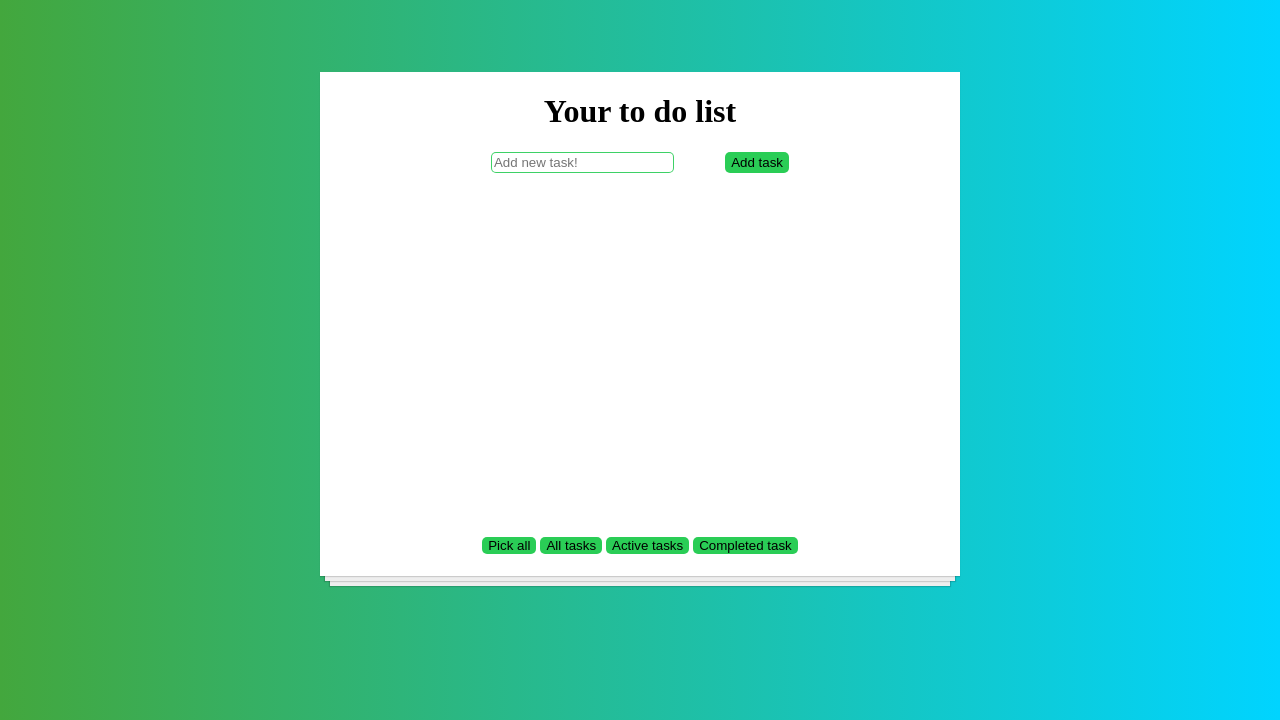
Repository: FetterDev/to-do-v2
Page: index.html
These files come from the project's save history. The page is drawn as it stood at one moment and after the next save; the edit follows.
The browser window is 1280 px wide. The pictures show the whole page.

Above is the page before, as saved 2020-07-20 15:19:50.

### index.html
<!DOCTYPE html>
<html lang="en">
<head>
    <meta charset="UTF-8">
    <meta name="viewport" content="width=device-width, initial-scale=1.0">
    <title>to do list</title>
    <link rel="stylesheet" href="style.css">
</head>
<body>
    <div>
        <div class=" wrapper paper">
               <h1> Your to do list</h1>
               <div class="add-task-panel">
                   <input type="text" class="text-holder" placeholder="Add new task!">
                   <input type="button" class="button" value="Add task">
               </div>
                <div class="bottom-button">
                    <input type="button" class="button" value="Pick all">
                    <input type="button" class="button" value="All tasks">
                    <input type="button" class="button" value="Active tasks">
                    <input type="button" class="button"value="Completed task">

                </div>
           </div>
        </div>
    </div>
</body>
</html>

### style.css
body{
    padding: 0;
    margin: 0;

    background: linear-gradient(90deg, rgba(2,0,36,1) 0%, rgba(67,167,61,1) 0%, rgba(0,212,255,1) 100%);
}
h1{
    padding: 0;

}
.wrapper{
    position: relative;
    display: flex;
    flex-direction: column;
    align-items: center;
    margin: auto;
    margin-top: 10vh;
    max-width: 50vw;
    min-height: 70vh;

}
.paper {
    background: #fff;
    box-shadow:
      0 1px 1px rgba(0,0,0,0.15),

      0 10px 0 -5px #eee,

      0 10px 1px -4px rgba(0,0,0,0.15),

      0 20px 0 -10px #eee,

      0 20px 1px -9px rgba(0,0,0,0.15);


  }
  .add-task-panel{
      justify-content: left;
      display: flex;
      align-self: center;
      height: 3vh;

  }
  .pick-all{

  }
  .text-holder{
    border: 0.5px solid ;
    border-radius: 5px;
    border-color:rgba(42,205,86,0.9) ;
    margin-right: 4vw;

  }
  .button{
      border-radius: 5px;
      border: none;
      background-color: rgba(42,205,86,1);
  }
  .bottom-button{
      position: absolute;
      bottom: 3vh;
  }

After the next save:
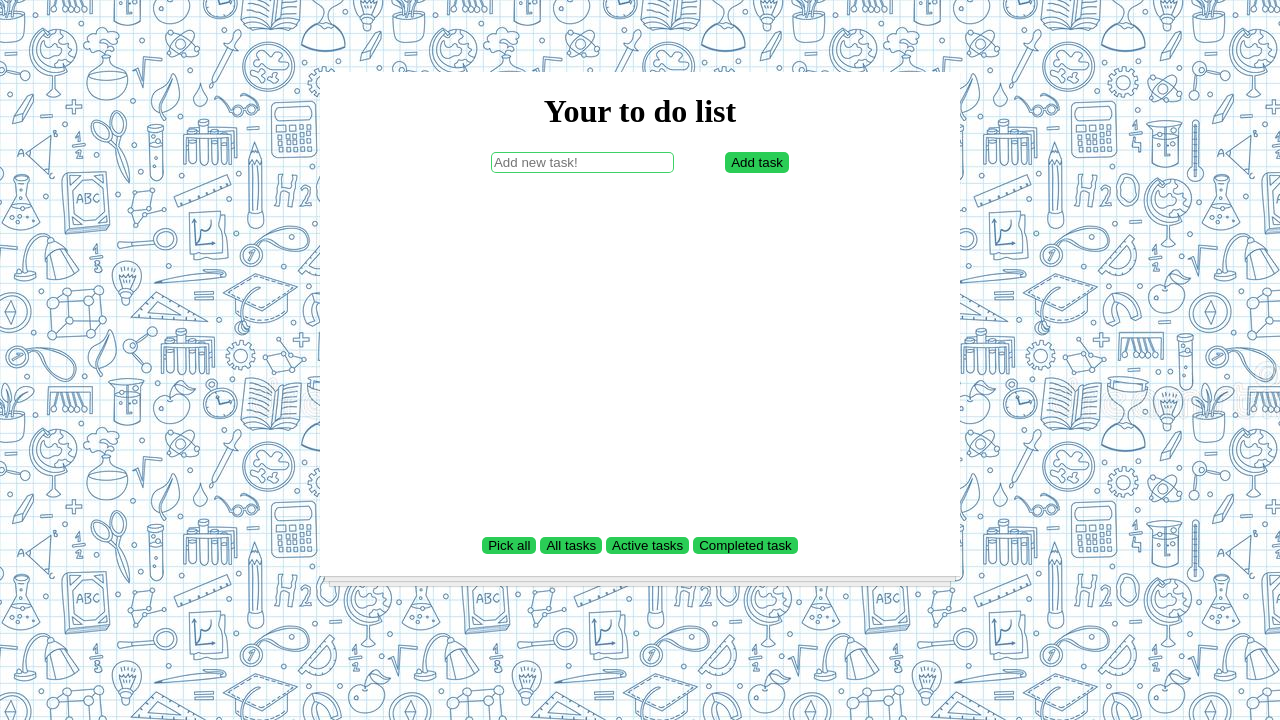
Saved 19 s later.
--- a/style.css
+++ b/style.css
@@ -1,8 +1,7 @@
 body{
     padding: 0;
     margin: 0;
-
-    background: linear-gradient(90deg, rgba(2,0,36,1) 0%, rgba(67,167,61,1) 0%, rgba(0,212,255,1) 100%);
+    background-image: url(img/back.jpg)
 }
 h1{
     padding: 0;
